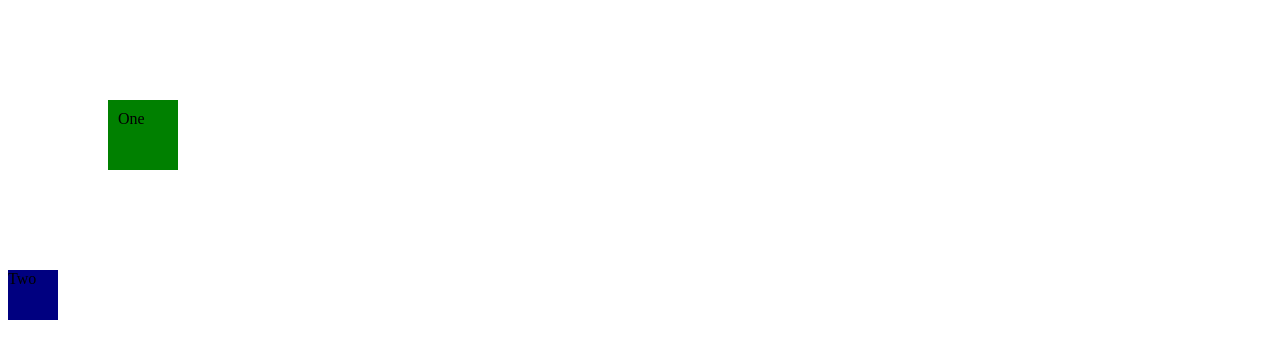
Repository: Peacepapi/1702Java
Page: web/src/main/webapp/box.html
An editor plug-in stored every save of this project. The page is shown before and after the next save, followed by the edit.
The browser window is 1280 px wide. The pictures show the whole page.

Above is the page before, as saved 2017-02-24 18:14:14.

After the next save:
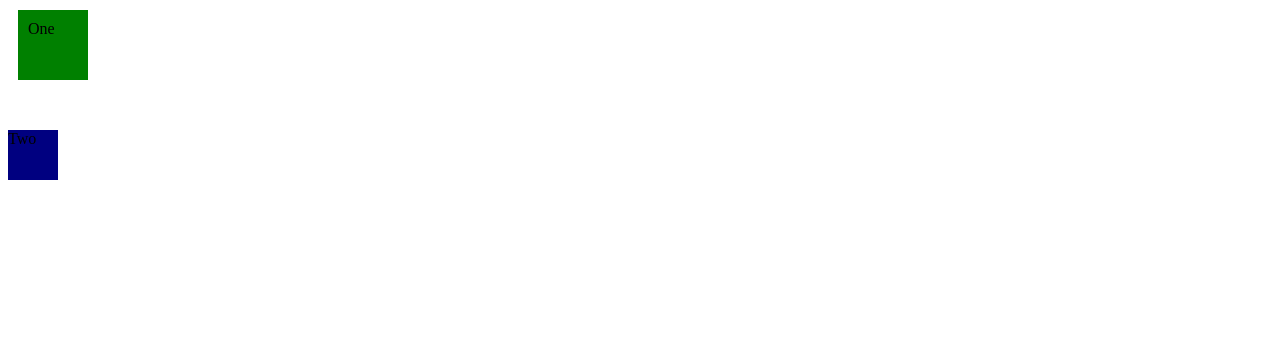
Saved 18 s later.
--- a/web/src/main/webapp/box.html
+++ b/web/src/main/webapp/box.html
@@ -13,7 +13,8 @@
 	border-width: 10px;
 	border: 10px;
 	padding: 10px;
-	margin: 100px;
+	margin: 10px;
+	margin-bottom: 50px;
 }
 #two{
 	height: 50px;
